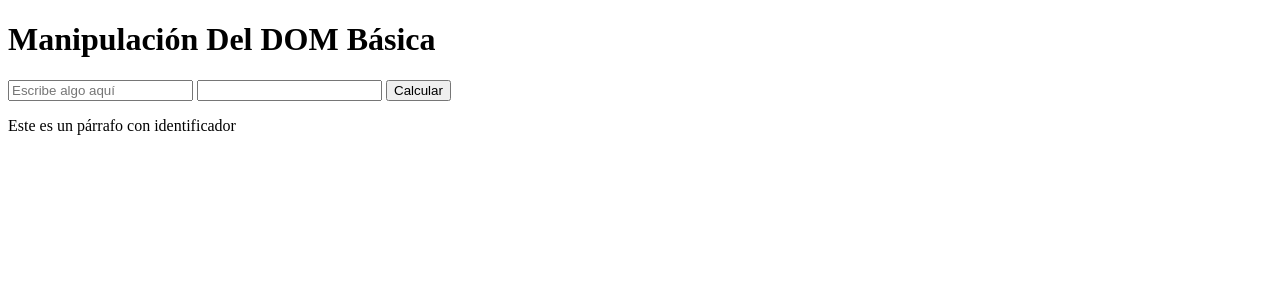
Repository: elto82/NuevoCursoPr-cticodeJavaScript
Page: addEventListener/index.html
These files come from the project's save history. The page is drawn as it stood at one moment and after the next save; the edit follows.
The browser window is 1280 px wide. The pictures show the whole page.

Above is the page before, as saved 2022-09-09 09:40:55.

After the next save:
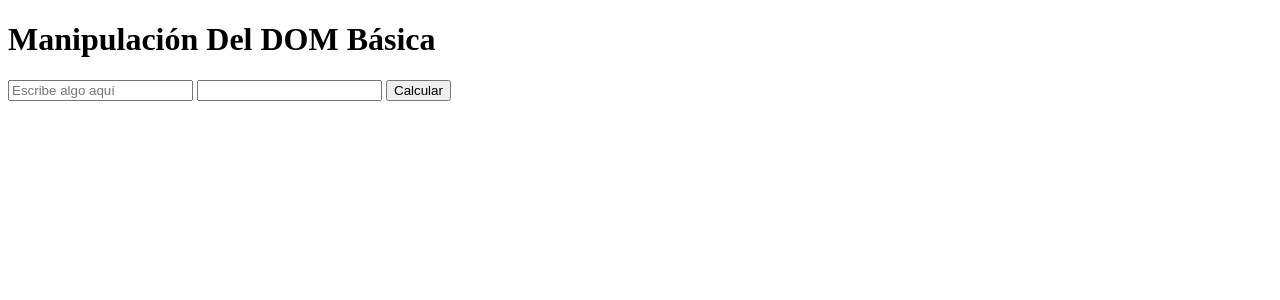
Saved 14 s later.
--- a/addEventListener/index.html
+++ b/addEventListener/index.html
@@ -17,7 +17,7 @@
 
   <p id="result"></p>
 
-  <p id="pid">Este es un párrafo con identificador</p>
+
   <script src="./main.js"></script>
 </body>
 
